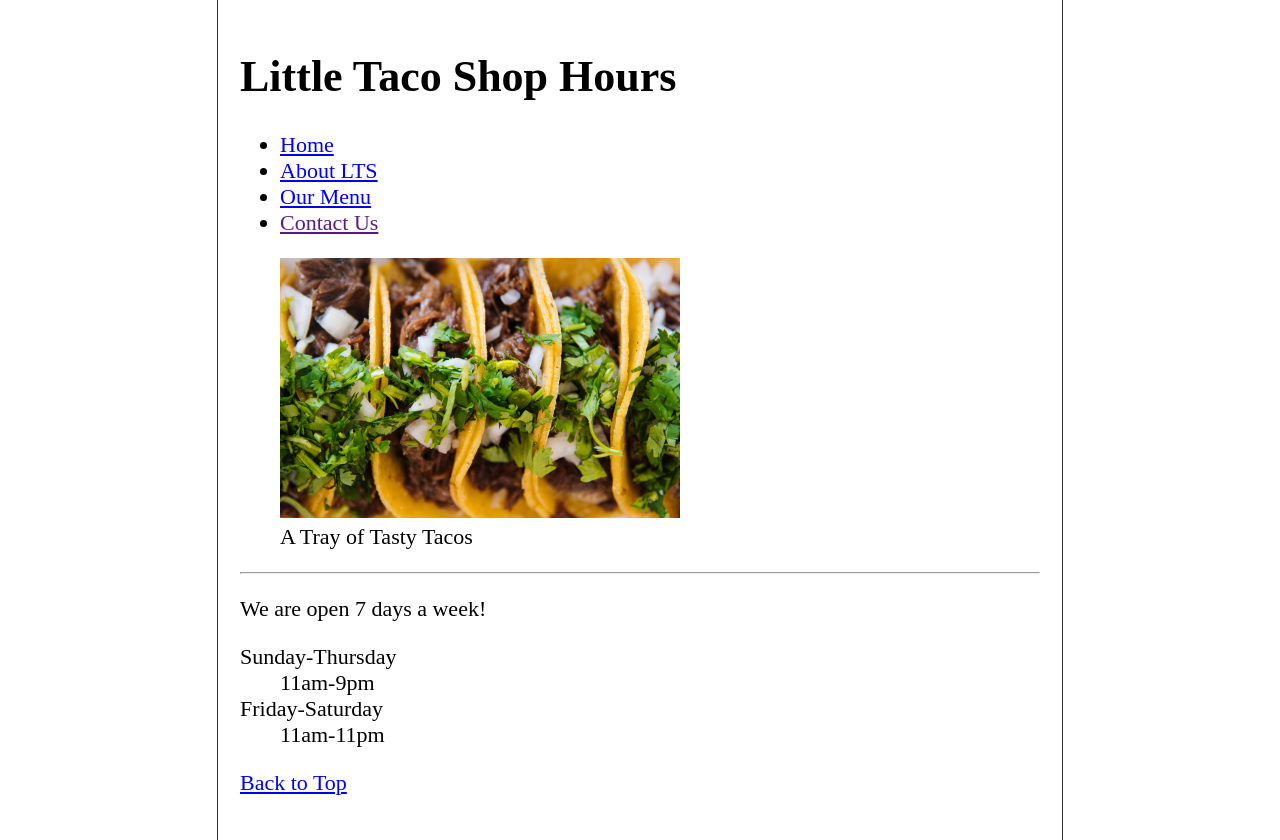
Repository: Israa-Odeh/html-basics-project
Page: hours.html
An editor plug-in stored every save of this project. The page is shown before and after a run of saves, followed by the edit.
The browser window is 1280 px wide. The pictures show the whole page.

Above is the page before, as saved 2024-08-20 02:43:51.

### hours.html
<!DOCTYPE html>
<html lang="en">

<head>
    <meta charset="UTF-8">
    <meta name="author" content="Israa Odeh">
    <meta name="description"
        content="Little Taco Shop is open every day of the week. Come enjoy our tasty tacos and more during our convenient hours.">
    <title>Working Hours - LTS</title>
    <link rel="icon" href="favicon.ico" type="image/x-icon">
    <link rel="stylesheet" href="css/style.css">
</head>

<body>
    <header>
        <h1>Little Taco Shop Hours</h1>
        <nav>
            <ul>
                <li>
                    <a href="index.html">Home</a>
                </li>
                <li>
                    <a href="index.html#about">About LTS</a>
                </li>
                <li>
                    <a href="index.html#menu">Our Menu</a>
                </li>
                <li>
                    <a href="">Contact Us</a>
                </li>
            </ul>
        </nav>
        <figure>
            <img src="img/tacos_close_up_400x260.png"
                alt="Close-up of a taco topped with fresh onions and vibrant parsley." width="400" height="260">
            <figcaption>A Tray of Tasty Tacos</figcaption>
        </figure>
    </header>

    <hr>

    <main>
        <section>
            <p>We are open 7 days a week!</p>
            <dl>
                <dt>Sunday-Thursday</dt>
                <dd><time datetime="11:00">11am</time>-<time datetime="21:00">9pm</time></dd>
                <dt>Friday-Saturday</dt>
                <dd><time datetime="11:00">11am</time>-<time datetime="23:00">11pm</time></dd>
            </dl>
        </section>

    </main>

    <footer>
        <a href="#top">Back to Top</a>
        <p></p>
    </footer>

</body>

</html>

Loaded but not shown: css/style.css (common file)

After the next 2 saves:
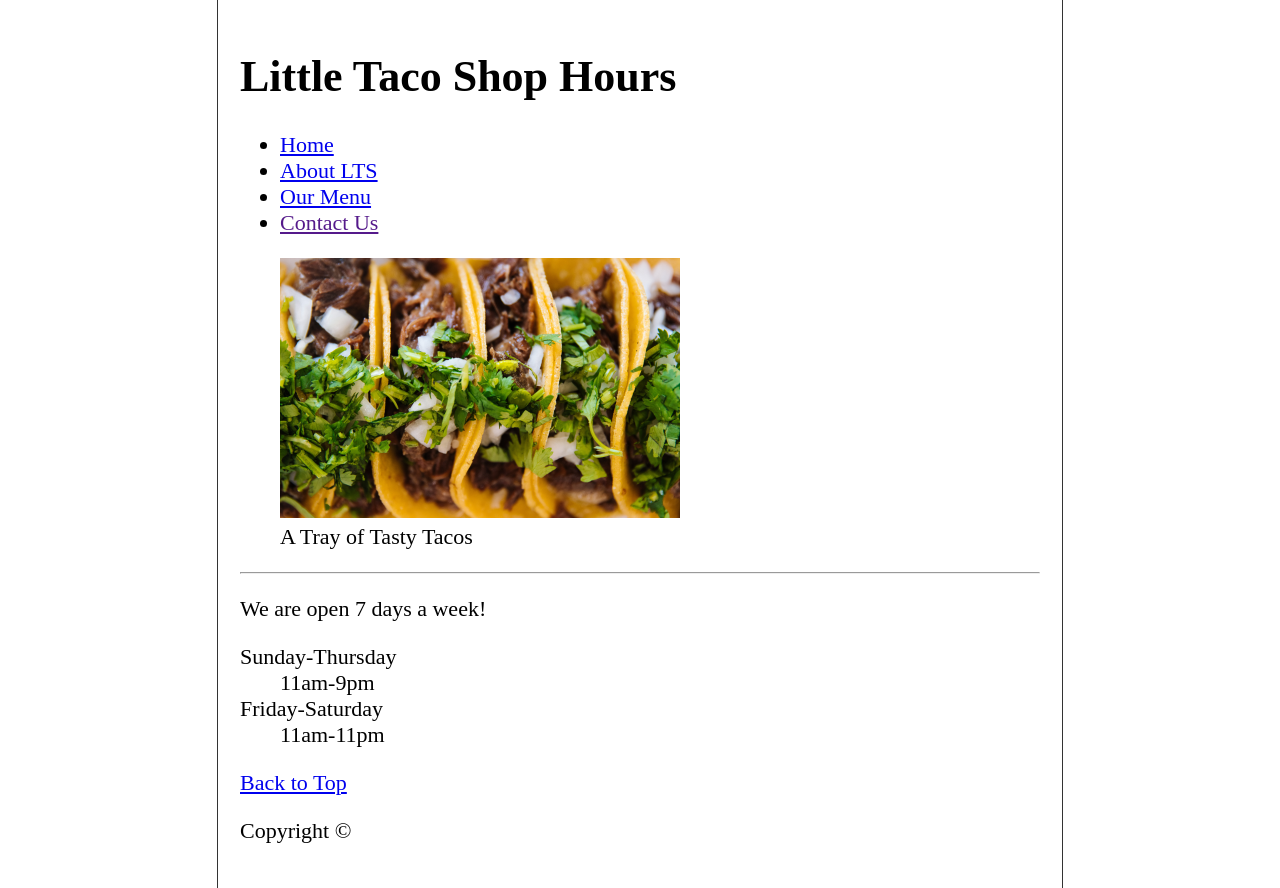
The 2 saves are shown as one change because they came seconds apart.
The last was saved 8 s later.
--- a/hours.html
+++ b/hours.html
@@ -54,7 +54,7 @@
 
     <footer>
         <a href="#top">Back to Top</a>
-        <p></p>
+        <p>Copyright &copy;</p>
     </footer>
 
 </body>
